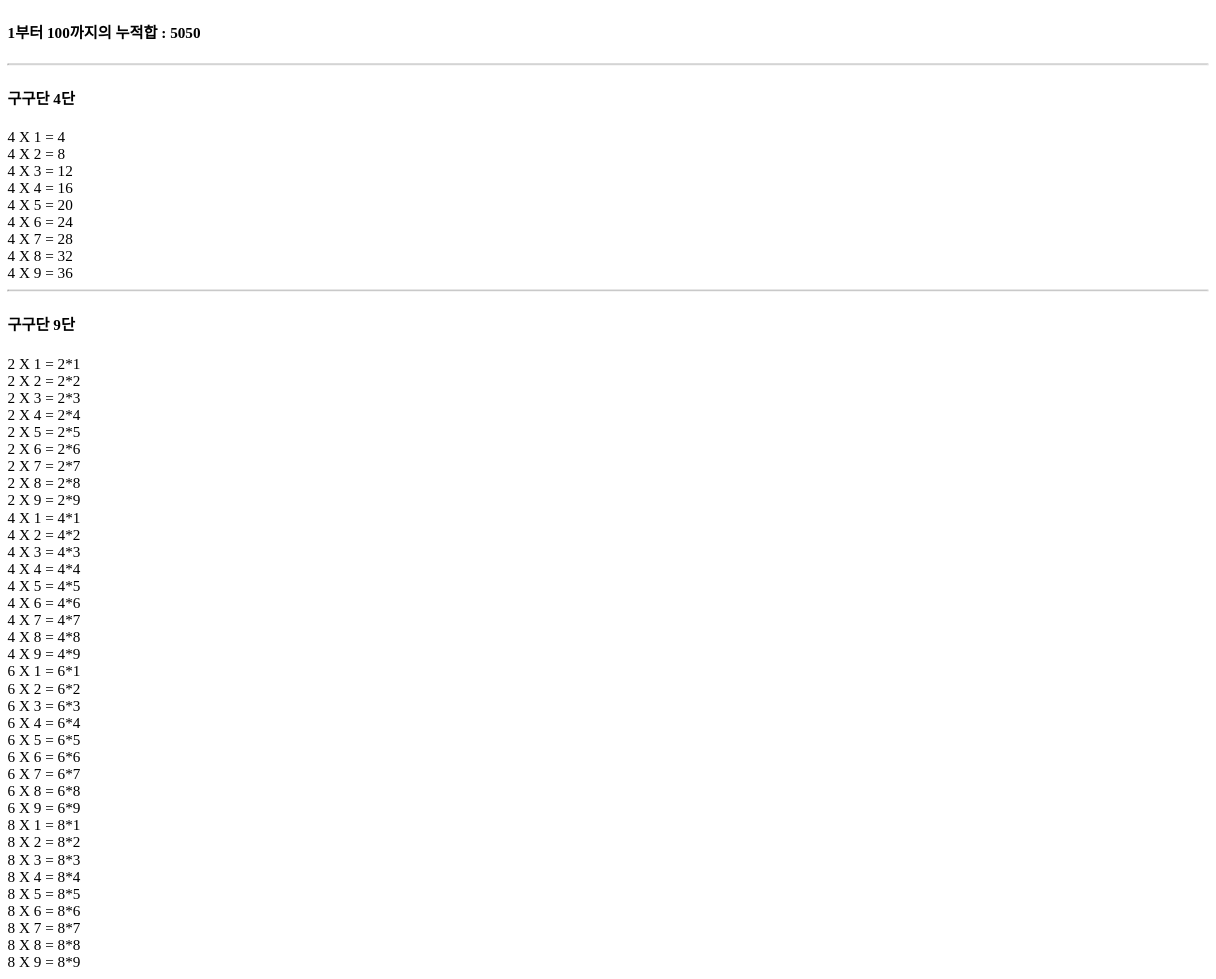
Repository: kitae1995/jsp-pratice
Page: http://localhost/JspBasic/JSTL/jstl_foreach.jsp
The author's editor kept a copy of each file at every save. The page is drawn from the files as they stood at one save, then again after the next save.
The browser window is 1280 px wide. The pictures show the whole page, at 95% of full size.
The page is served by Tomcat 9.

Above is the page before, as saved 2023-09-12 05:56:32.

After the next save:
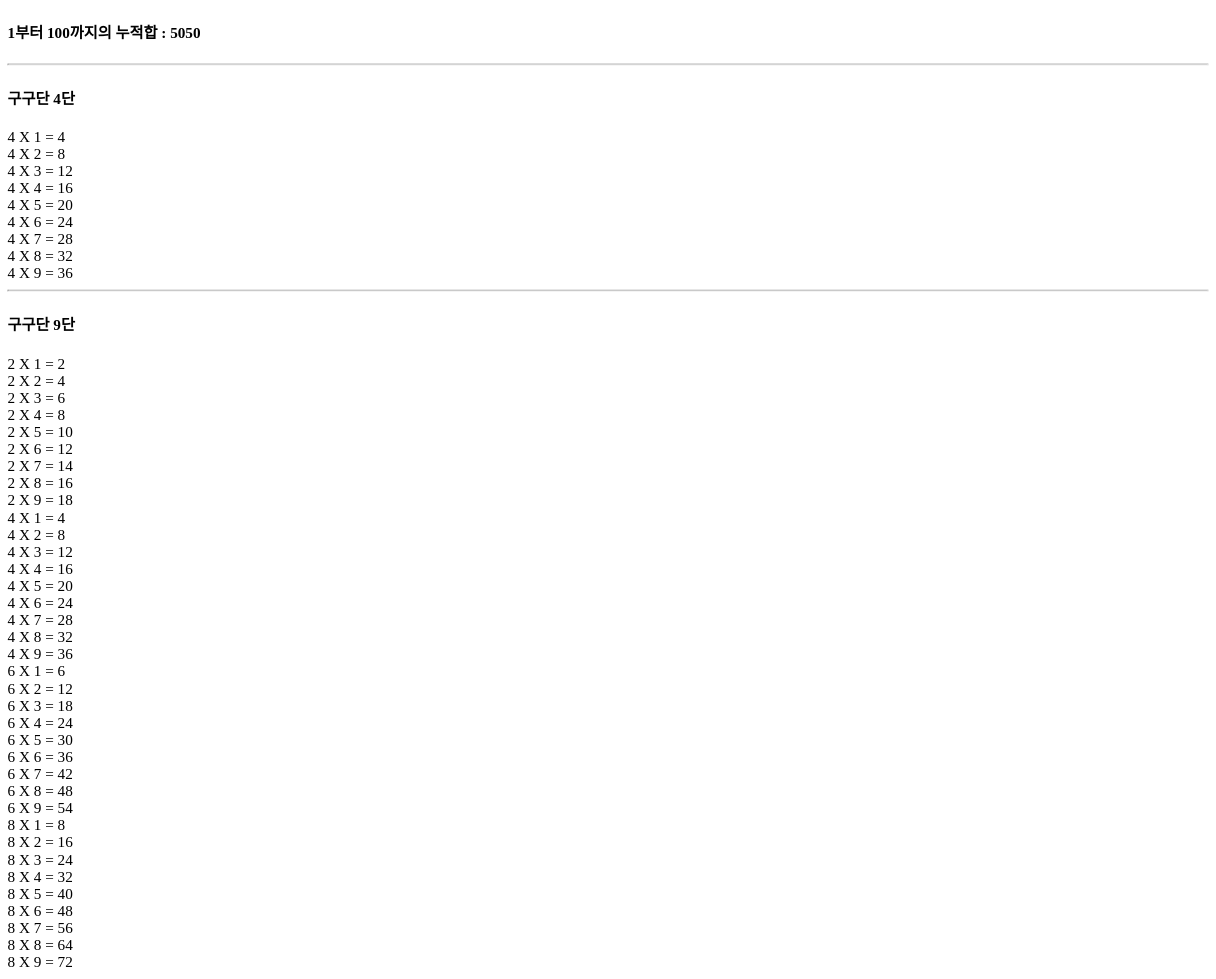
Saved 26 s later.
--- a/JspBasic/src/main/webapp/JSTL/jstl_foreach.jsp
+++ b/JspBasic/src/main/webapp/JSTL/jstl_foreach.jsp
@@ -49,7 +49,7 @@
      <h4>구구단 9단</h4>
      <c:forEach var="dan" begin="2" end="9" step="2">
      	<c:forEach var="ban" begin="1" end="9">
-     		${dan} X ${ban } = ${dan}*${ban} <br>
+     		${dan} X ${ban } = ${dan*ban}<br>
      	</c:forEach>
      </c:forEach>
 
